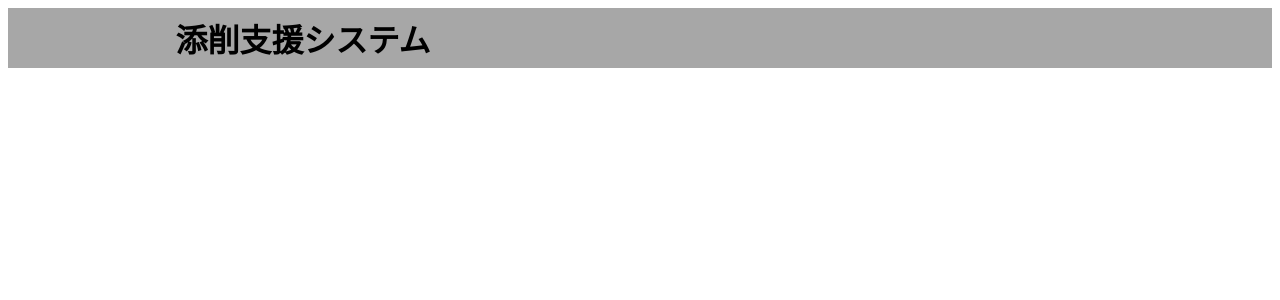
Repository: k-murakami18/canvas_v2
Page: Main.html
The author's editor kept a copy of each file at every save. The page is drawn from the files as they stood at one save, then again after the next save.
The browser window is 1280 px wide. The pictures show the whole page.

Above is the page before, as saved 2021-01-04 19:46:32.

After the next save:
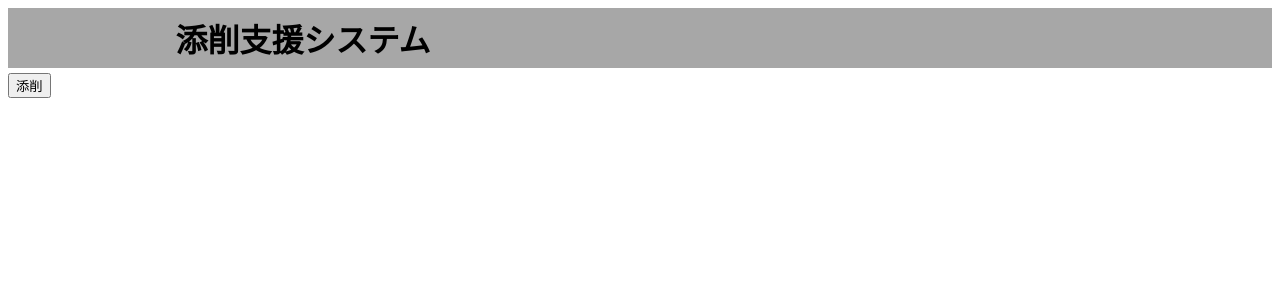
Saved 70 s later.
--- a/Main.html
+++ b/Main.html
@@ -1,5 +1,6 @@
 <!DOCTYPE html>
 <html lang="en">
+
 <head>
   <meta charset="UTF-8">
   <title>添削支援システム</title>
@@ -24,5 +25,8 @@
   </div>
   <div style="clear:left;"></div>
 
+  <button type="submit" name="name">添削</button>
+
 </body>
+
 </html>
